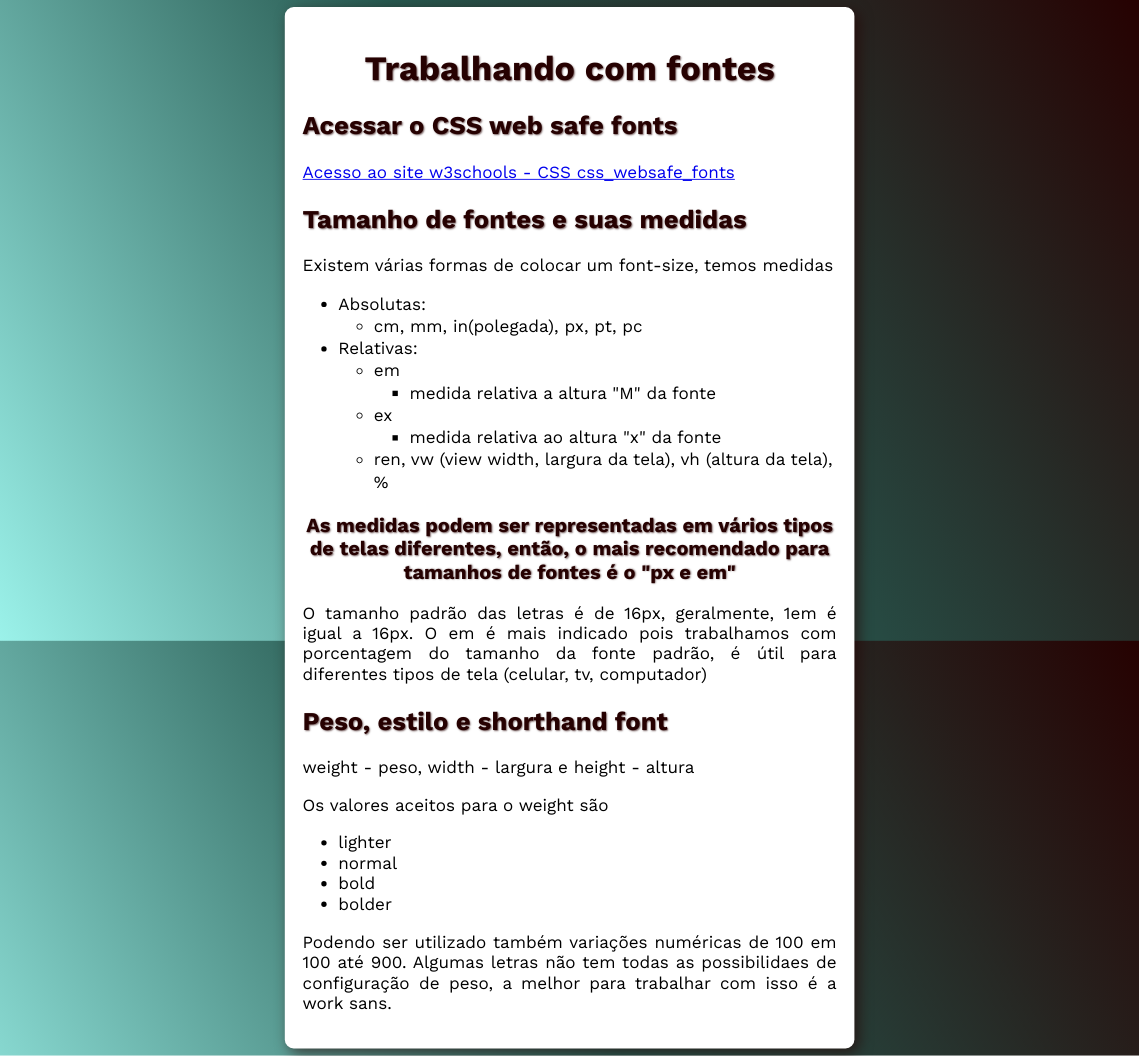
Repository: Willcmorais/vscode-workspace
Page: html-css/curso-em-video/modulo02/estudos/ex022-trab-fontes/fontes.html
These files come from the project's save history. The page is drawn as it stood at one moment and after a run of saves; the edit follows.
The browser window is 1280 px wide. The pictures show the whole page, at 89% of full size.
Backgrounds fixed to the window are drawn as part of the page.

Above is the page before, as saved 2024-09-18 21:12:23.

After the next 14 saves:
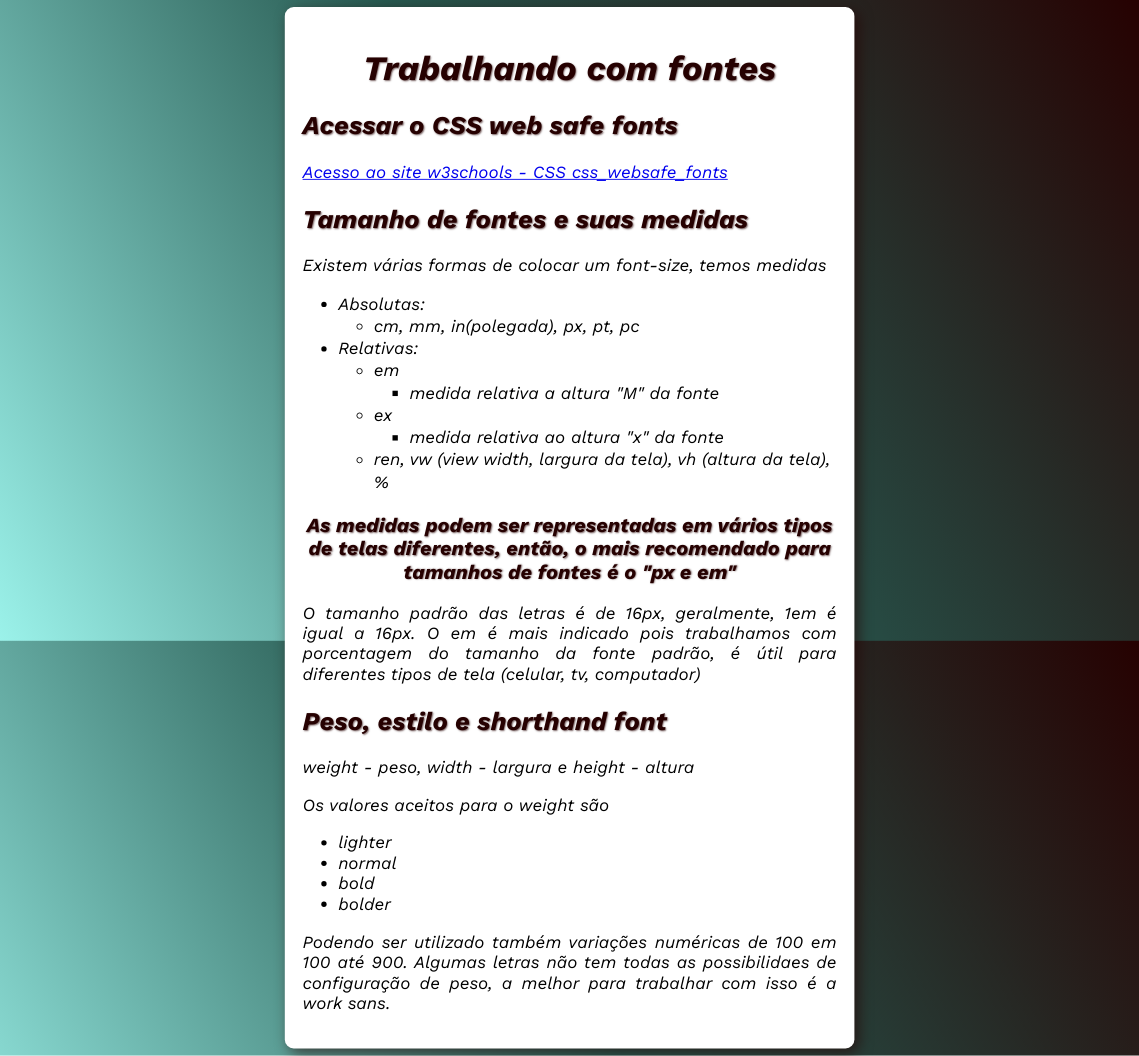
The 14 saves are shown as one change because they came seconds apart.
The last was saved 2 min 43 s later.
--- a/html-css/curso-em-video/modulo02/estudos/ex022-trab-fontes/fontes.html
+++ b/html-css/curso-em-video/modulo02/estudos/ex022-trab-fontes/fontes.html
@@ -11,7 +11,10 @@
 
         body {
             font-size: 1.2em;
+            /*para negrito*/
             font-weight: 400;
+
+            font-style: italic;
         }
 
         div {
